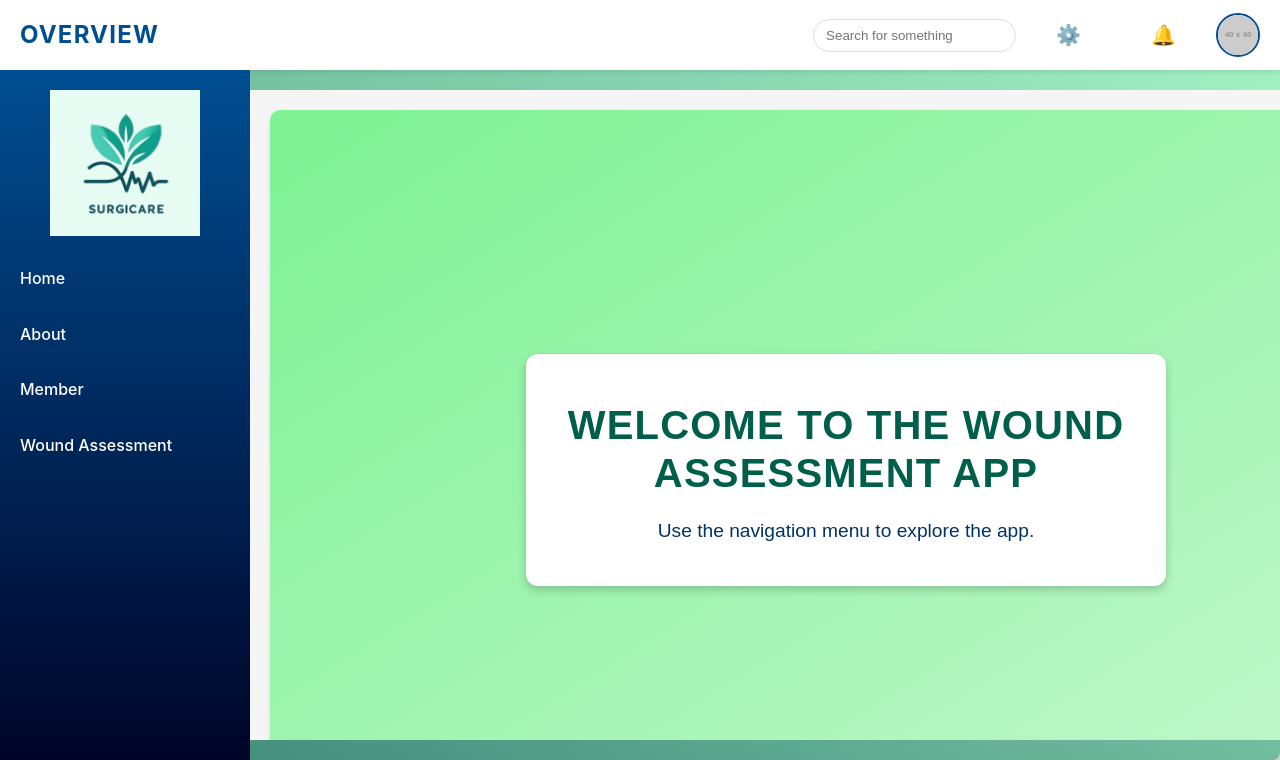
Repository: Jinwoo290350/Surgicare-Vue
Page: / (app in surgicare/)
An editor plug-in stored every save of this project. The page is shown before and after the next save, followed by the edit.
The browser window is 1280 px wide. The pictures show the whole page.
The project was rebuilt for these pictures with package versions that can differ from the ones it lists, and the page was loaded fresh each time. Also part of the build but not shown: surgicare/vite.config.js, surgicare/src/views/About.vue, surgicare/src/views/Member.vue, surgicare/src/components/WoundAssessment.vue.

Above is the page before, as saved 2024-12-30 20:45:02.
Console error: TypeError: Cannot read properties of null (reading 'getContext')

After the next save:
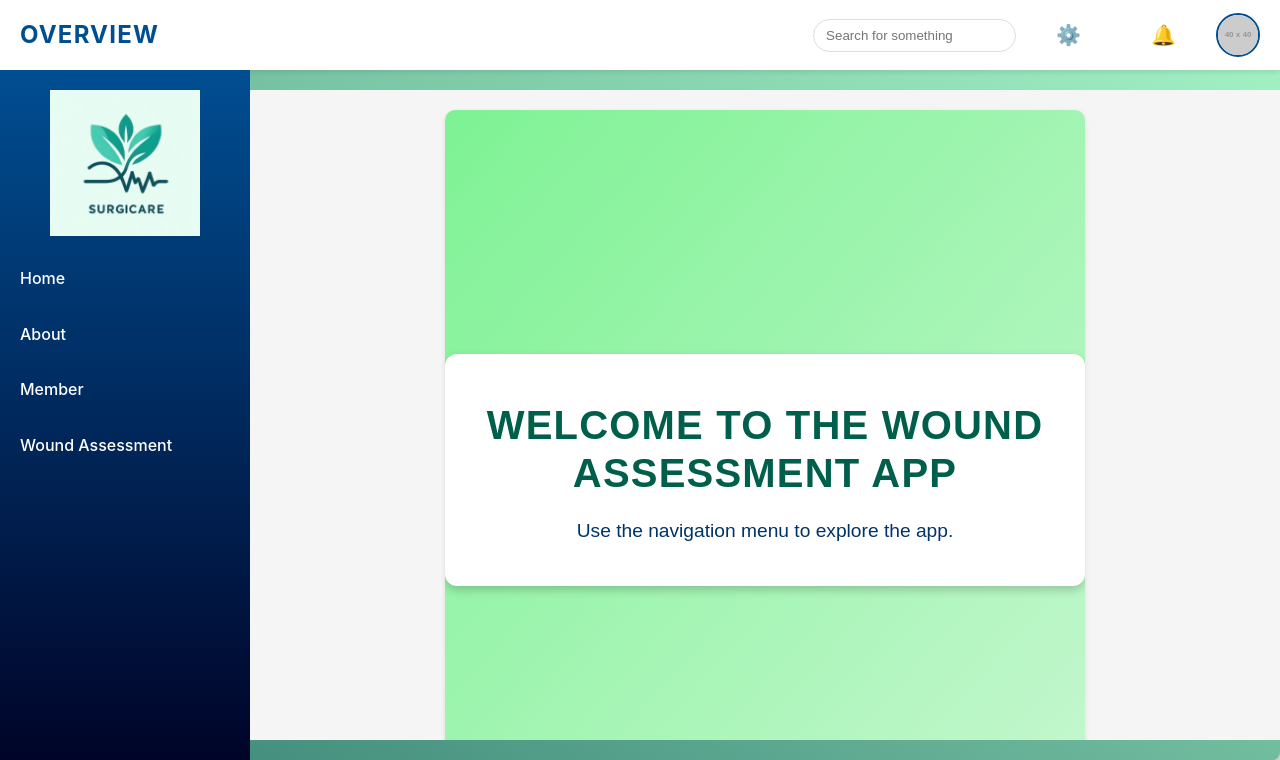
Saved 33 s later.
--- a/surgicare/src/views/Home.vue
+++ b/surgicare/src/views/Home.vue
@@ -19,7 +19,7 @@ export default {
   justify-content: center;
   align-items: center;
   height: 100vh; /* ใช้เต็มความสูงของ viewport */
-  width: 90vw; /* ลดความกว้างของ container รวมถึงขอบด้านซ้ายและขวา */
+  width: 50vw; /* ลดความกว้างของ container รวมถึงขอบด้านซ้ายและขวา */
   margin: 0 auto; /* Center horizontally */
   padding: 0;
   background: linear-gradient(to bottom right, #7ef294, #c6f7d0); /* Gradient สวยๆ */
